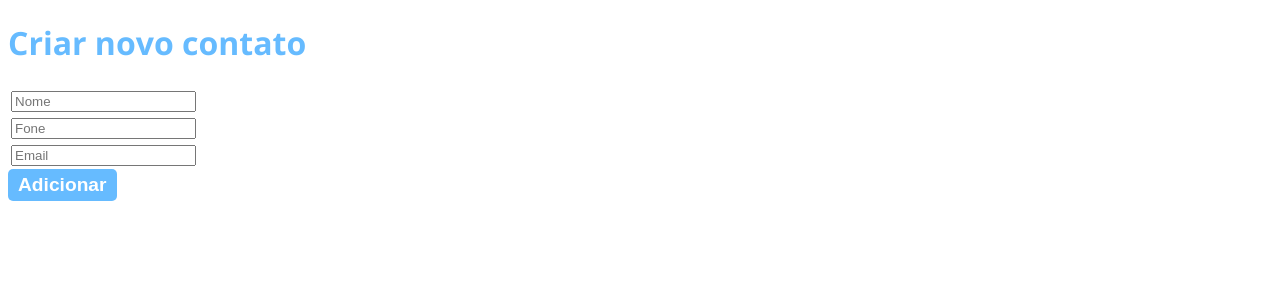
Repository: sergiotales1/agendactt-java
Page: http://localhost/agenda/novo.html
An editor plug-in stored every save of this project. The page is shown before and after the next save, followed by the edit.
The browser window is 1280 px wide. The pictures show the whole page.
The page is served by Tomcat 9.

Above is the page before, as saved 2023-11-25 18:47:34.

After the next save:
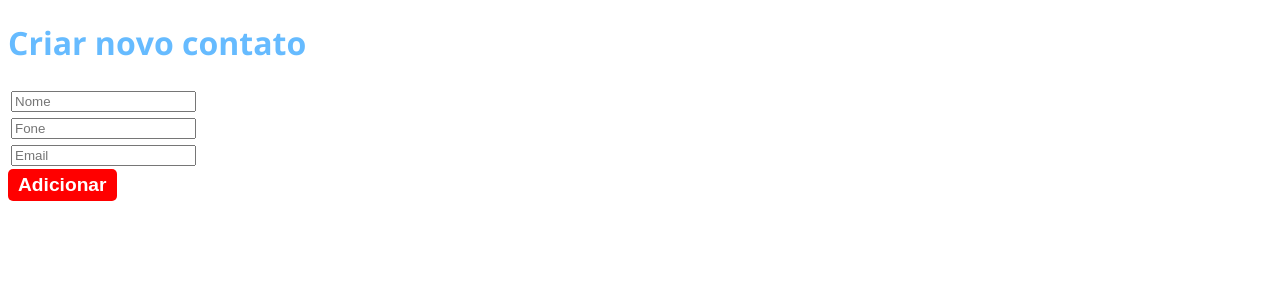
Saved 40 s later.
--- a/agenda/src/main/webapp/style.css
+++ b/agenda/src/main/webapp/style.css
@@ -21,4 +21,5 @@
 	border-radius: 5px;
 	border: none;
 	cursor: pointer;
+	background-color: red;
 }

After the 3 saves that followed:
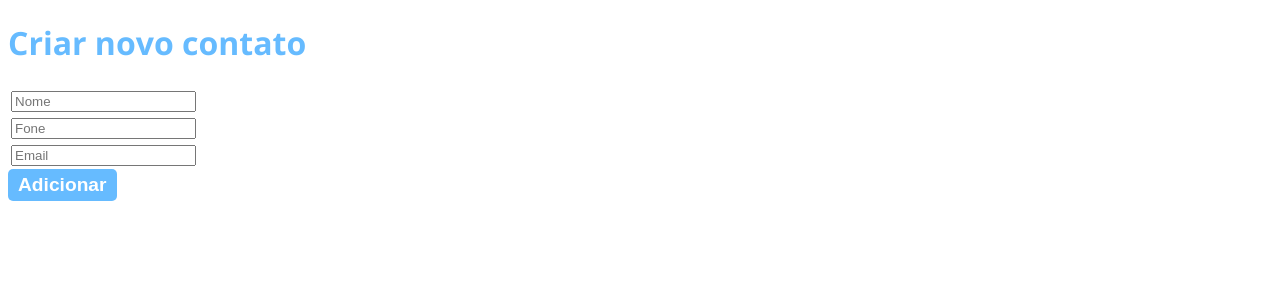
The 3 saves are shown as one change because 2 left the picture as it was.
The last was saved 43 s later.
--- a/agenda/src/main/webapp/style.css
+++ b/agenda/src/main/webapp/style.css
@@ -21,5 +21,4 @@
 	border-radius: 5px;
 	border: none;
 	cursor: pointer;
-	background-color: red;
 }
